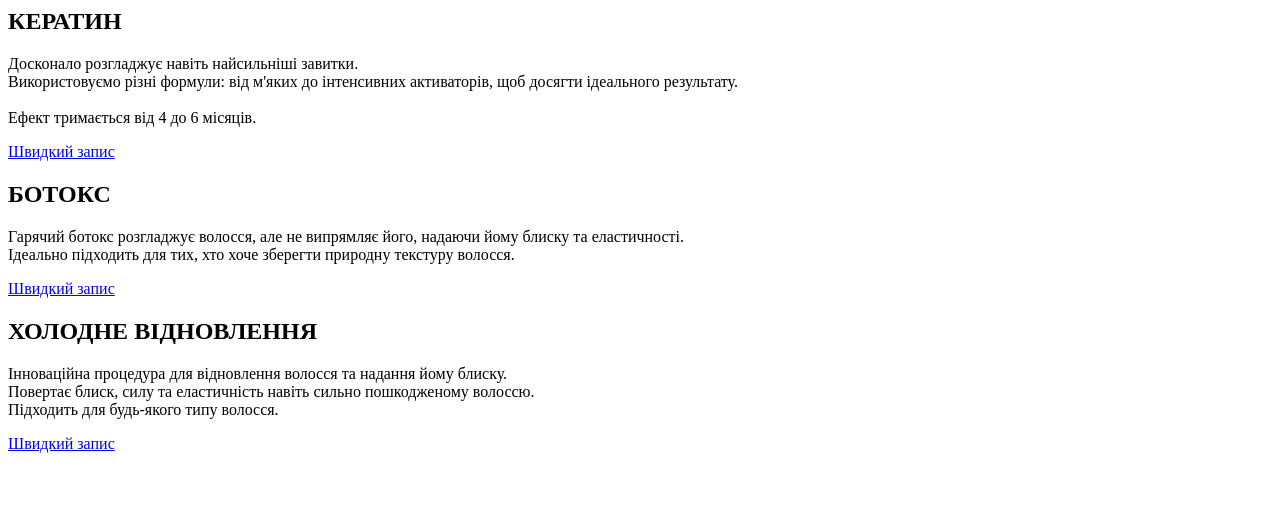
Repository: DianaKey/Keratin
Page: index.scroll.partial.html
These files come from the project's save history. The page is drawn as it stood at one moment and after the next save; the edit follows.
The browser window is 1280 px wide. The pictures show the whole page.

Above is the page before, as saved 2025-09-04 12:55:34.

After the next save:
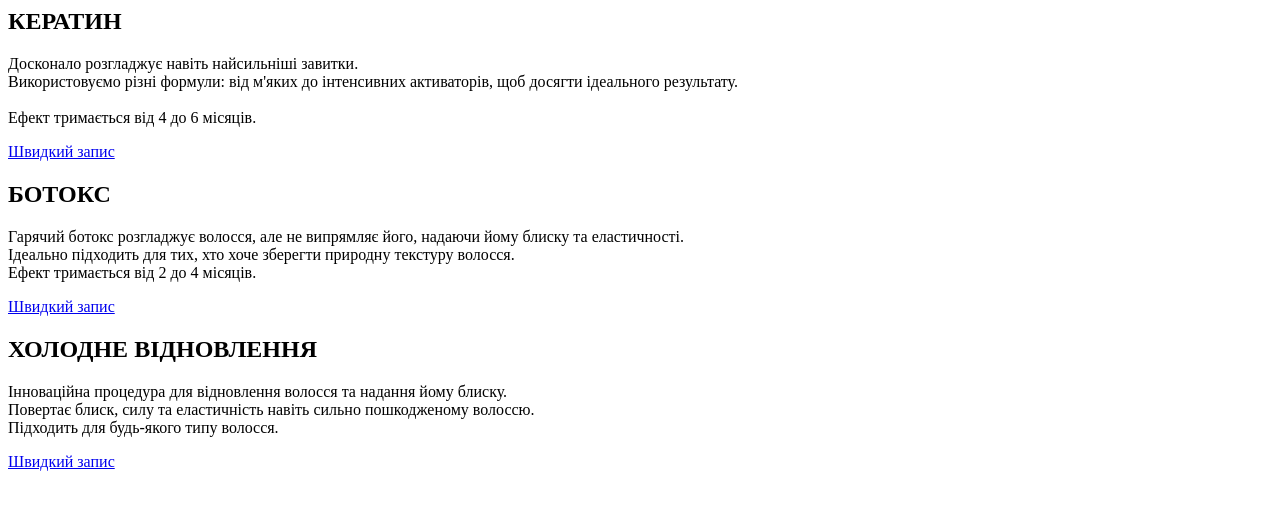
Saved 30 s later.
--- a/index.scroll.partial.html
+++ b/index.scroll.partial.html
@@ -18,6 +18,7 @@
     <p class="hero-section__text">
       Гарячий ботокс розгладжує волосся, але не випрямляє його, надаючи йому блиску та еластичності.<br />
       Ідеально підходить для тих, хто хоче зберегти природну текстуру волосся.<br />
+      Ефект тримається від 2 до 4 місяців.<br />
     </p>
     <a class="hero-section__btn" href="#">Швидкий запис</a>
   </div>
